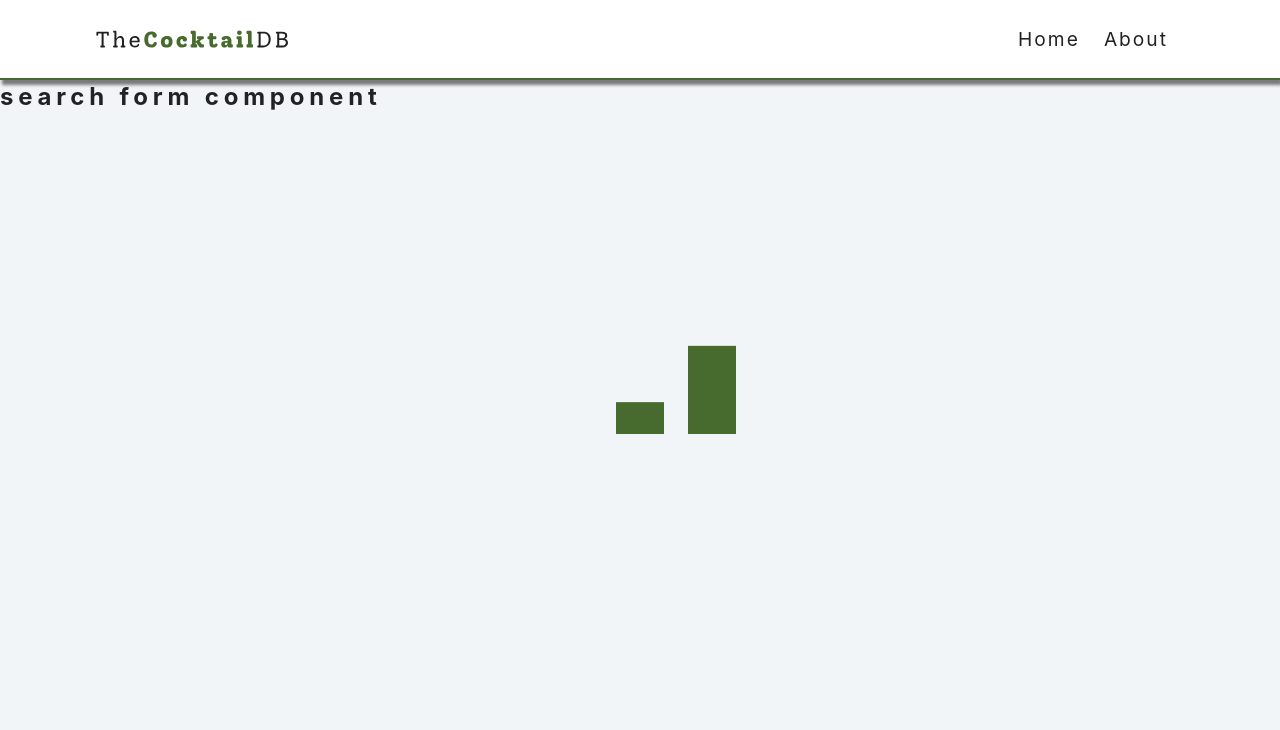
Repository: bodescuanamariia/cocktails
Page: /
These files come from the project's save history. The page is drawn as it stood at one moment and after the next save; the edit follows.
The browser window is 1280 px wide. The pictures show the whole page.
The page's requests for data from a server got no answer. The project was rebuilt for these pictures with package versions that can differ from the ones it lists, and the page was loaded fresh each time. No one was signed in, and anything a server would have sent is missing. Also part of the build but not shown: src/components/Cocktail.js, src/pages/About.js, src/pages/SingleCocktail.js, src/pages/Error.js.

Above is the page before, as saved 2022-05-06 14:38:34.

### src/App.js
import React from "react";
import { BrowserRouter as Router, Route, Routes } from "react-router-dom";
// import pages
import Home from "./pages/Home";
import About from "./pages/About";
import SingleCocktail from "./pages/SingleCocktail";
import Error from "./pages/Error";
// import components
import Navbar from "./components/Navbar";
function App() {
  return (
    <Router>
      <Navbar />
      <Routes>
        <Route exact path="/" element={<Home />} />
        <Route path="about" element={<About />} />
        <Route path="cocktail/:id" element={<SingleCocktail />} />
        <Route path="*" element={<Error />} />
      </Routes>
    </Router>
  );
}

export default App;

### src/context.js
import React, { useState, useContext, useEffect } from "react";
import { useCallback } from "react";

const url = "https://www.thecocktaildb.com/api/json/v1/1/search.php?s=";
const AppContext = React.createContext();

const AppProvider = ({ children }) => {
  const [loading, setLoading] = useState(false);
  const [searchTerm, setSearchTerm] = useState("d");
  const [cocktails, setCocktails] = useState([]);

  const fetchDrinks = async () => {
    setLoading(true);
    try {
      const response = await fetch(`${url}${searchTerm}`);
      const data = await response.json();
      const { drinks } = data;

      if (drinks) {
        const newCocktails = drinks.map((item) => {
          const { idDrink, strDrink, strDrinkThumb, strAlcoholic, strGlass } =
            item;
          return {
            id: idDrink,
            name: strDrink,
            image: strDrinkThumb,
            info: strAlcoholic,
            glass: strGlass,
          };
        });
        setCocktails(newCocktails);
      } else {
        setCocktails([]);
      }
      setLoading(false);
    } catch (error) {
      console.log(error);
    }
  };

  useEffect(() => {
    fetchDrinks();
  }, [searchTerm]);

  return (
    <AppContext.Provider
      value={{ loading, searchTerm, cocktails, setSearchTerm }}
    >
      {children}
    </AppContext.Provider>
  );
};
export const useGlobalContext = () => {
  return useContext(AppContext);
};

export { AppContext, AppProvider };

### src/components/CocktailList.js
import React from "react";
import Cocktail from "./Cocktail";
import Loading from "./Loading";
import { useGlobalContext } from "../context";

const CocktailList = () => {
  const { cocktails, loading } = useGlobalContext();

  if (loading) {
    return <Loading />;
  }
  if (cocktails.length < 1) {
    return (
      <h2 className="section-title">
        No cocktails matched your search criteria
      </h2>
    );
  }

  return (
    <section className="section">
      <h2 className="section-title">cocktail list component</h2>
      <div className="cocktails-center">
        {cocktails.map((item) => {
          return <Cocktail key={item.id} {...item} />;
        })}
      </div>
    </section>
  );
};

export default CocktailList;

### src/components/SearchForm.js
import React from "react";
import { useGlobalContext } from "../context";

const SearchForm = () => {
  const { searchTerm } = useGlobalContext();
  return (
    <div>
      <h2>search form component</h2>
    </div>
  );
};

export default SearchForm;

Loaded but not shown: public/index.html (common file); src/index.js (common file); src/index.css (common file); src/pages/Home.js (common file); src/components/Navbar.js (common file); src/components/Loading.js (common file)

After the next save:
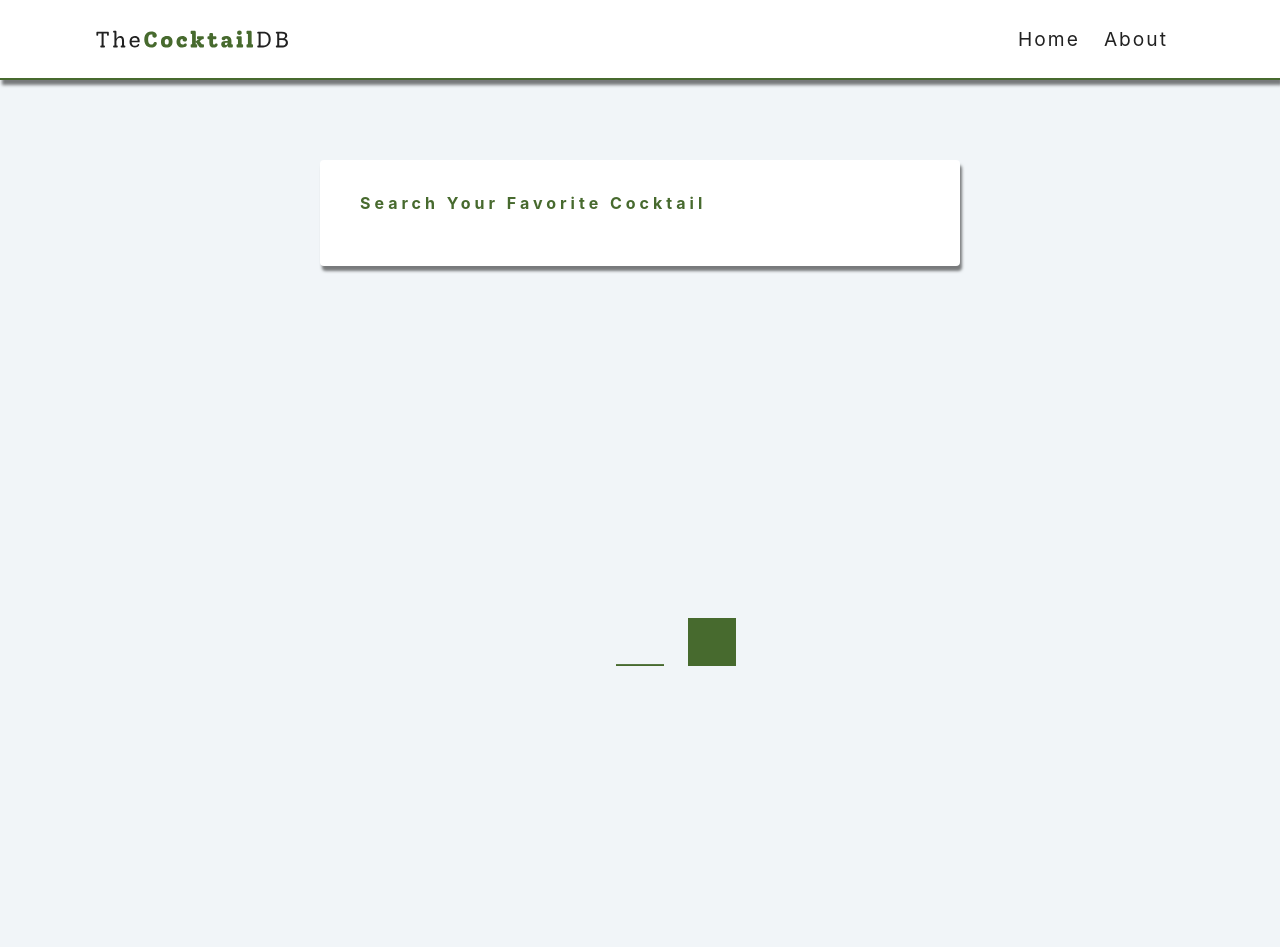
Saved 2 min 33 s later.
--- a/src/components/SearchForm.js
+++ b/src/components/SearchForm.js
@@ -3,10 +3,15 @@ import { useGlobalContext } from "../context";
 
 const SearchForm = () => {
   const { searchTerm } = useGlobalContext();
+  const searchValue = React.useRef("");
   return (
-    <div>
-      <h2>search form component</h2>
-    </div>
+    <section className="section">
+      <form className="search-form">
+        <div className="form-control">
+          <label htmlFor="name">search your favorite cocktail</label>
+        </div>
+      </form>
+    </section>
   );
 };
 
